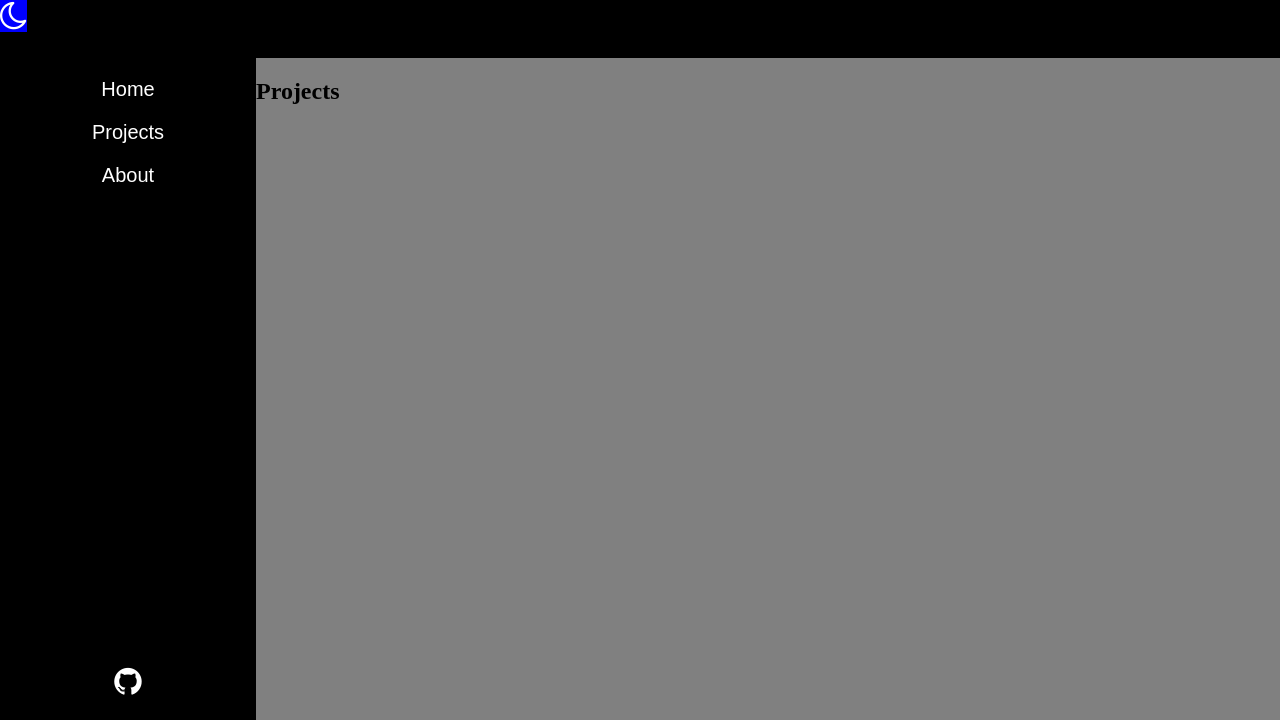
Repository: josephinel6/josephinel6.github.io
Page: index.html
The author's editor kept a copy of each file at every save. The page is drawn from the files as they stood at one save, then again after the next save.
The browser window is 1280 px wide. The pictures show the whole page.

Above is the page before, as saved 2023-04-05 08:09:53.

### index.html
<!DOCTYPE html>
<html>

<head>
    <style>
        :root.light {
            --color-bg: white;
            --color-menu-text: black;
            --color-page-bg: darkgray;
            --color-obj-bg: gray;
            --color-title-text: black;
            --color-gen-text: black;
        }

        :root.dark {
            --color-bg: black;
            --color-menu-text: white;
            --color-page-bg: gray;
            --color-obj-bg: darkgray;
            --color-title-text: white;
            --color-gen-text: white;
        }

        /* :root {
            --color-bg: black;
        } */

        html,
        body {
            height: 100%;
            width: 100%;
            margin: 0;
            position: relative;
            /* border-color: blue;
            border-radius: 10px;
            border-style: solid; */
            padding: 0;
        }

        #menu {
            height: 100%;
            width: 20%;
            position: absolute;
            z-index: 1;
            top: 0;
            bottom: 0;
            background-color: var(--color-bg);
        }

        #topbar {
            width: 100%;
            height: 8%;
            background-color: var(--color-bg);
            position: absolute;
        }

        .menutext {
            color: var(--color-menu-text);
            font-family: sans-serif;
            font-size: 20px;
        }

        .fa-github {
            color: var(--color-menu-text);
        }

        #window {
            background-color: var(--color-page-bg);
            position: absolute;
            height: 92%;
            width: 80%;
            right: 0;
            bottom: 0;
        }

        .tabcontent {
            height: 100%;
            width: 100%;
            position: absolute;
        }

        .projectbutton {
            height: 150px;
            width: 95%;
            margin-top: 2.5%;
            margin-left: 2.5%;
            background-color: var(--color-obj-bg);
            border-radius: 5px;
            font-family: sans-serif;
            font-size: 30px;
        }
    </style>
    <link rel="stylesheet" href="https://cdnjs.cloudflare.com/ajax/libs/font-awesome/4.7.0/css/font-awesome.min.css">
    <script type="module" src="https://cdn.jsdelivr.net/gh/zerodevx/zero-md@2/dist/zero-md.min.js"></script>
    <script type="module" src="https://md-block.verou.me/md-block.js"></script>
</head>

<body>
    <div id="menu">
        <div style="position:absolute; top: 8%; width: 100%; text-align: center;">

            <p class="menutext"> Home </p>
            <p class="menutext" onclick="openpage('projectbuttons')"> Projects </p>
            <p class="menutext"> About </p>

        </div>

        <div style="position:absolute; bottom:3%; width: 100%; text-align: center;">
            <a href="https://github.com/josephinel6" class="fa fa-github fa-2x" style="text-decoration: none;"></a>
        </div>
    </div>
    <div id="topbar">
        <i onclick="daynight()" class="fa fa-moon-o fa-2x"
            style="color: white; z-index: 2; background-color: blue; position: absolute"></i>
    </div>
    <div id="window">
        <div id="homepage" class="tabcontent">
            <h2> Projects </h2>
        </div>
        <div id="projectbuttons" class="tabcontent">
            <div class="projectbutton" onclick="openpage('weatherAPI')"> Weather API </div>
        </div>
        <zero-md src="https://josephinel6.github.io/weatherAPI.md" class="tabcontent" id="weatherAPI"></zero-md>
        <div class="tabcontent" id="about"></div>
    </div>
    <script>
        window.onload = function () {
            document.documentElement.classList.remove("light")
            document.documentElement.classList.add("dark")
            window.localStorage.setItem('mode', 'dark');
            console.log("dark")
            tabcontent = document.getElementsByClassName("tabcontent");
            for (i = 0; i < tabcontent.length; i++) {
                tabcontent[i].style.display = "none";
            }
            document.getElementById("homepage").style.display = "block";
        }

        function openpage(pageName) {
            var i, tabcontent, tablinks;
            tabcontent = document.getElementsByClassName("tabcontent");
            for (i = 0; i < tabcontent.length; i++) {
                tabcontent[i].style.display = "none";
            }
            tablinks = document.getElementsByClassName("tablink");
            for (i = 0; i < tablinks.length; i++) {
                tablinks[i].style.backgroundColor = "";
            }
            document.getElementById(pageName).style.display = "block";

            document.body.scrollTop = 0;
            document.documentElement.scrollTop = 0;
        }
    </script>

</body>

</html>

After the next save:
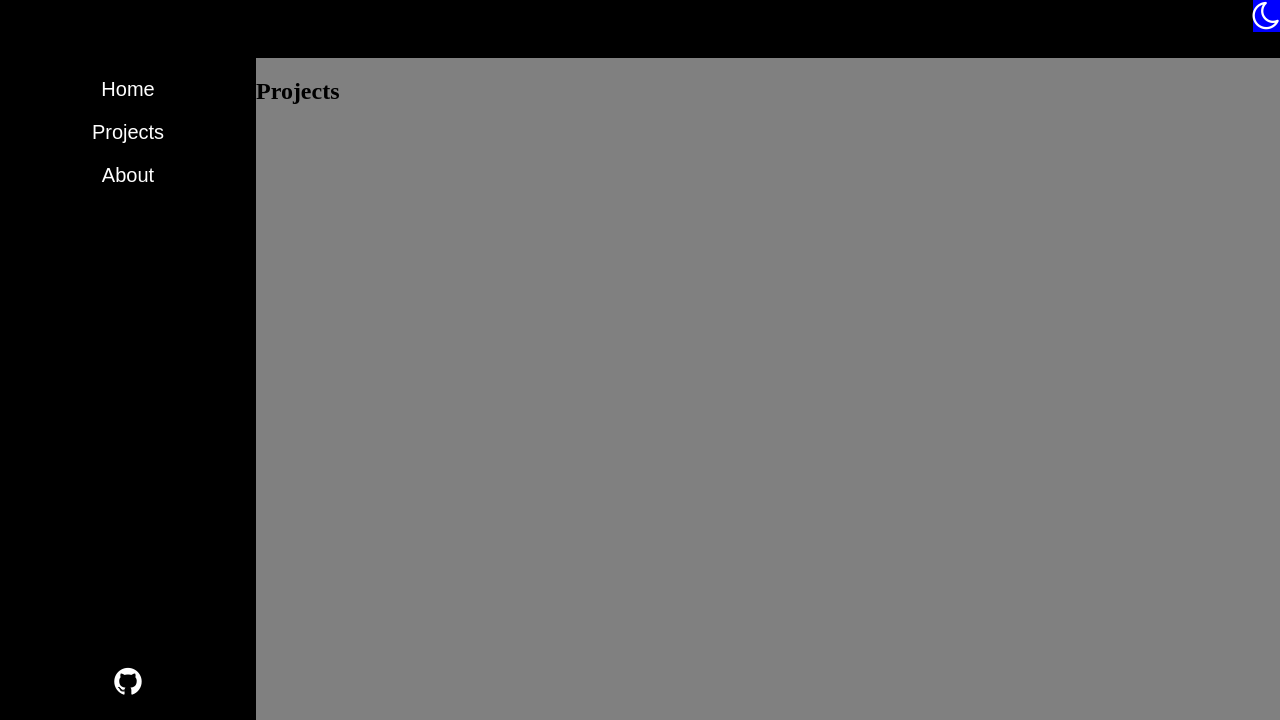
Saved 25 s later.
--- a/index.html
+++ b/index.html
@@ -110,8 +110,8 @@
         </div>
     </div>
     <div id="topbar">
-        <i onclick="daynight()" class="fa fa-moon-o fa-2x"
-            style="color: white; z-index: 2; background-color: blue; position: absolute"></i>
+        <i onclick="daynight()" class="fa fa-moon-o fa-2x day-night"
+            style="color: white; z-index: 2; background-color: blue; position: absolute; right: 0; top: 0; "></i>
     </div>
     <div id="window">
         <div id="homepage" class="tabcontent">
